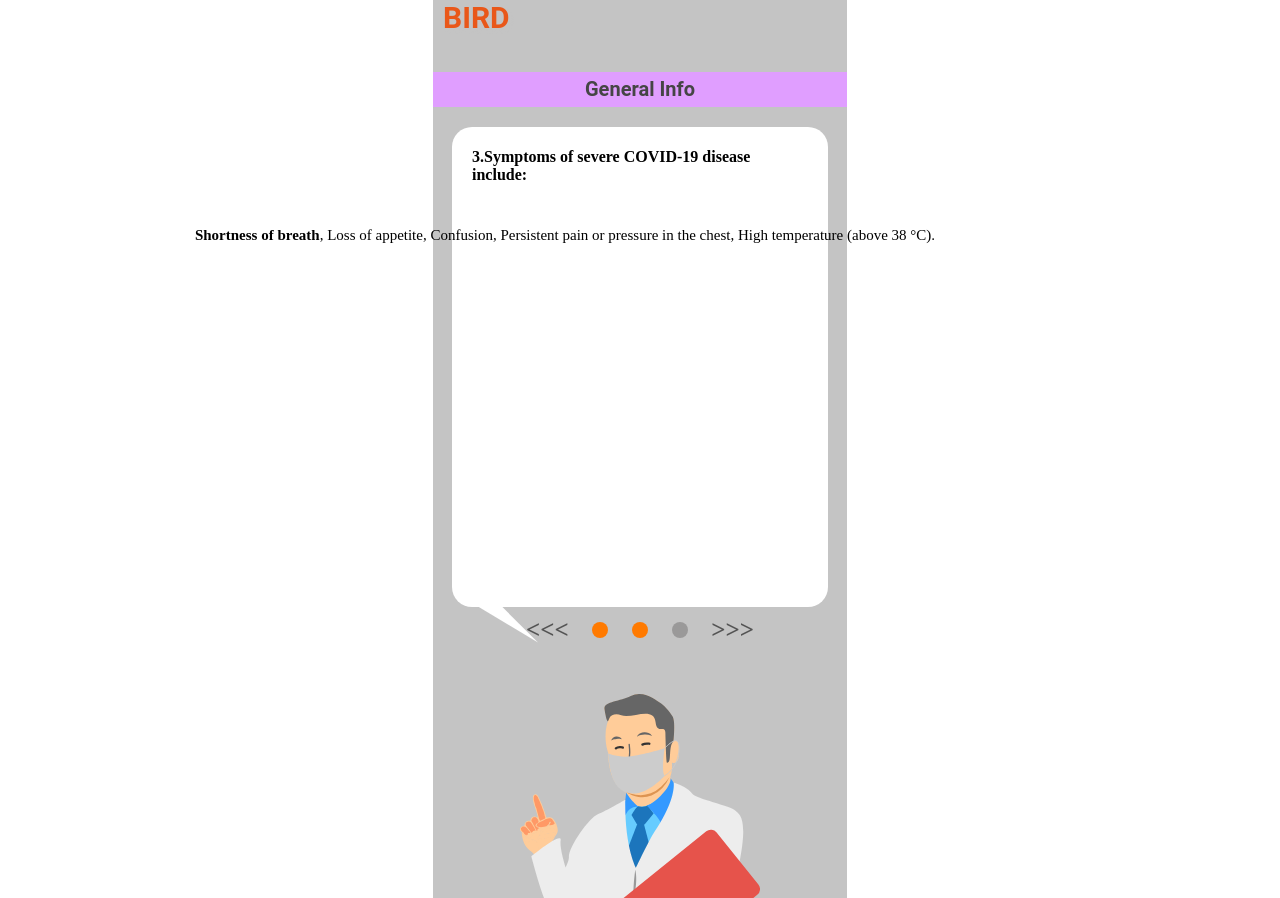
Repository: Levic559/BIRD
Page: General_info-3/1.html
An editor plug-in stored every save of this project. The page is shown before and after a run of saves, followed by the edit.
The browser window is 1280 px wide. The pictures show the whole page.

Above is the page before, as saved 2021-03-11 01:13:27.

After the next 2 saves:
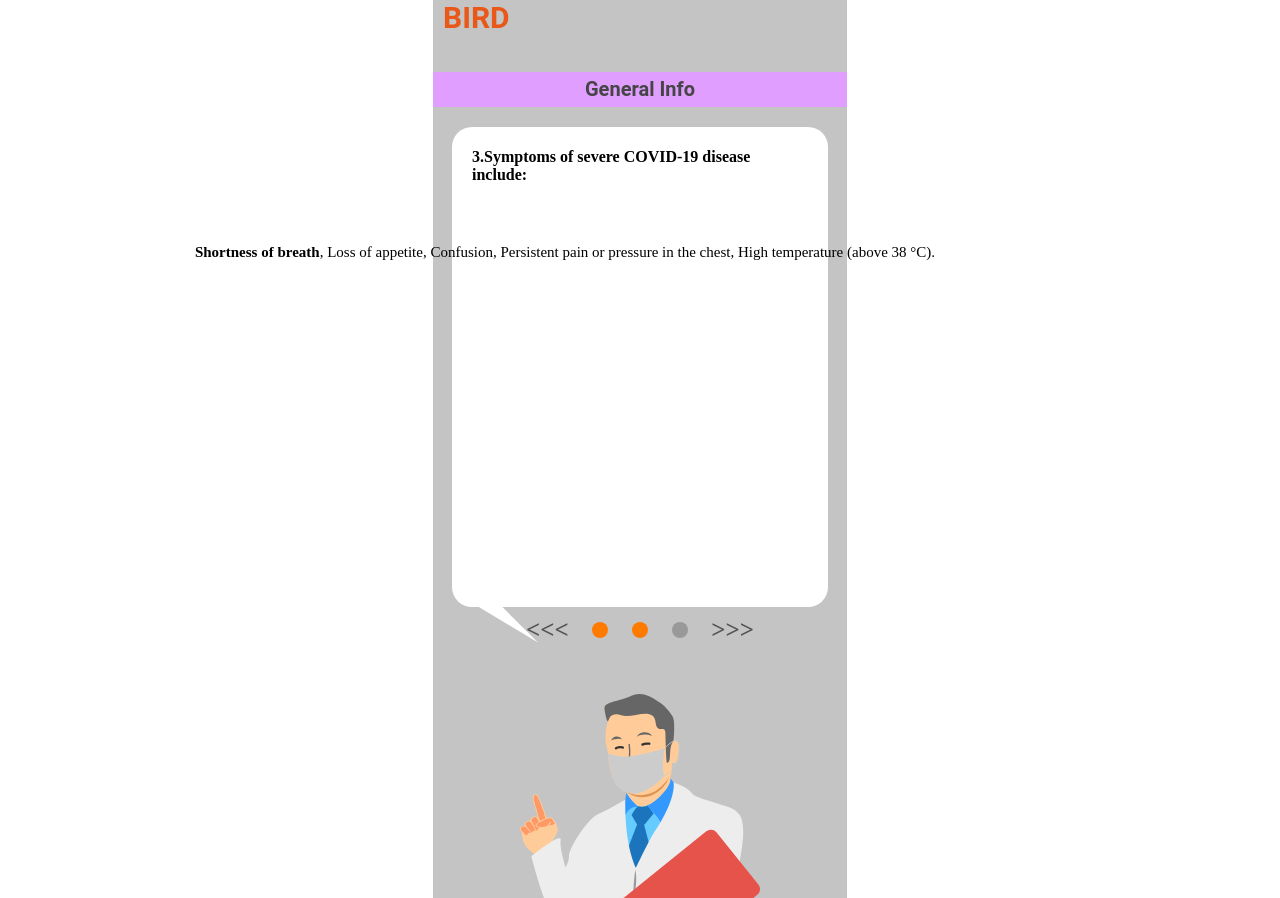
The 2 saves are shown as one change because they came seconds apart.
The last was saved 38 s later.
--- a/General_info_structure/mystyle.css
+++ b/General_info_structure/mystyle.css
@@ -191,7 +191,7 @@
 }
 .infographicText2{
   font-size: 15px;
-  display: flex;
+  display: table;
   position: absolute;
   margin-top: 100px;
   margin-right: 150px;

After the 4 saves that followed:
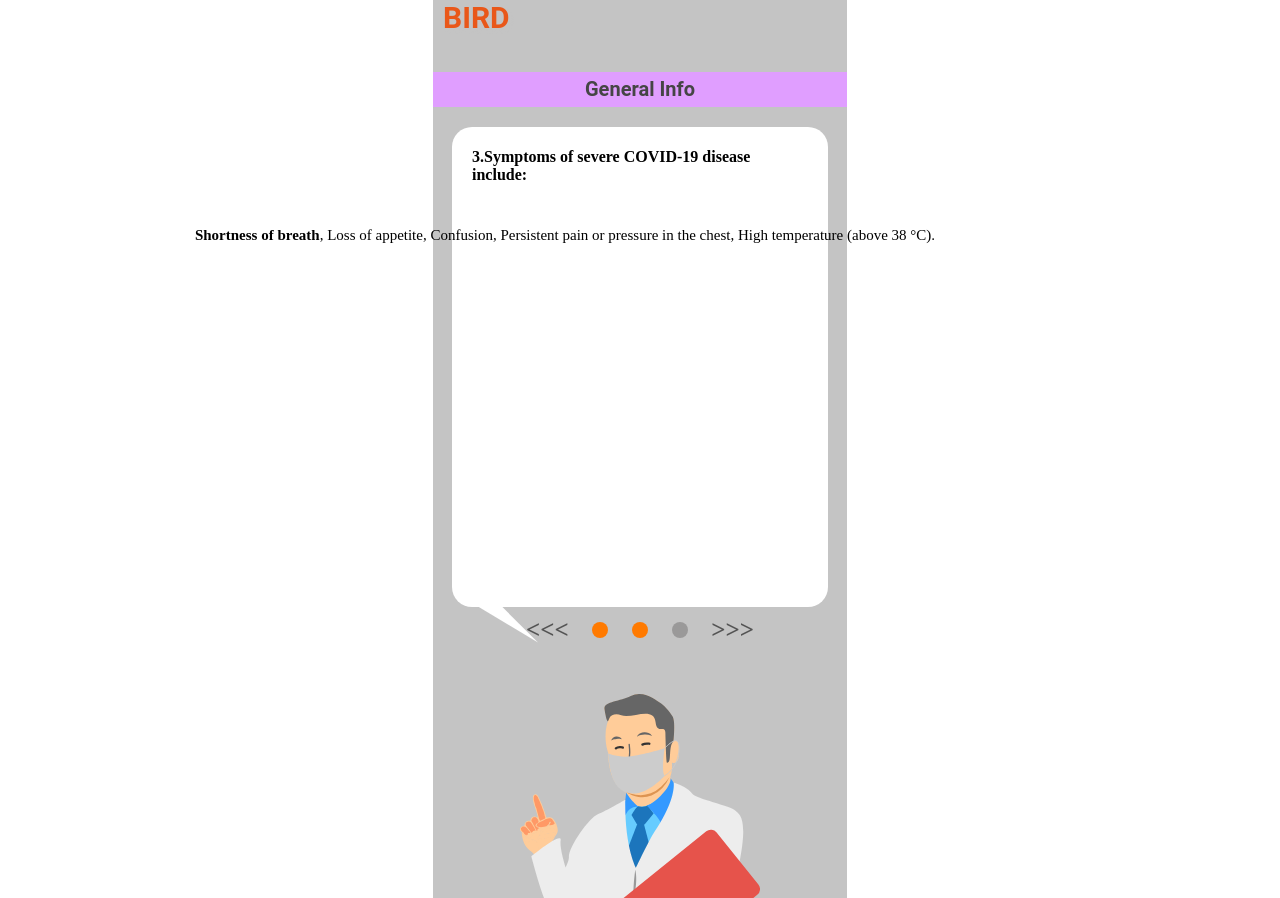
The 4 saves are shown as one change because they came seconds apart.
The last was saved 31 s later.
--- a/General_info_structure/mystyle.css
+++ b/General_info_structure/mystyle.css
@@ -191,7 +191,8 @@
 }
 .infographicText2{
   font-size: 15px;
-  display: table;
+  display: flex;
+  align-items: center;
   position: absolute;
   margin-top: 100px;
   margin-right: 150px;
